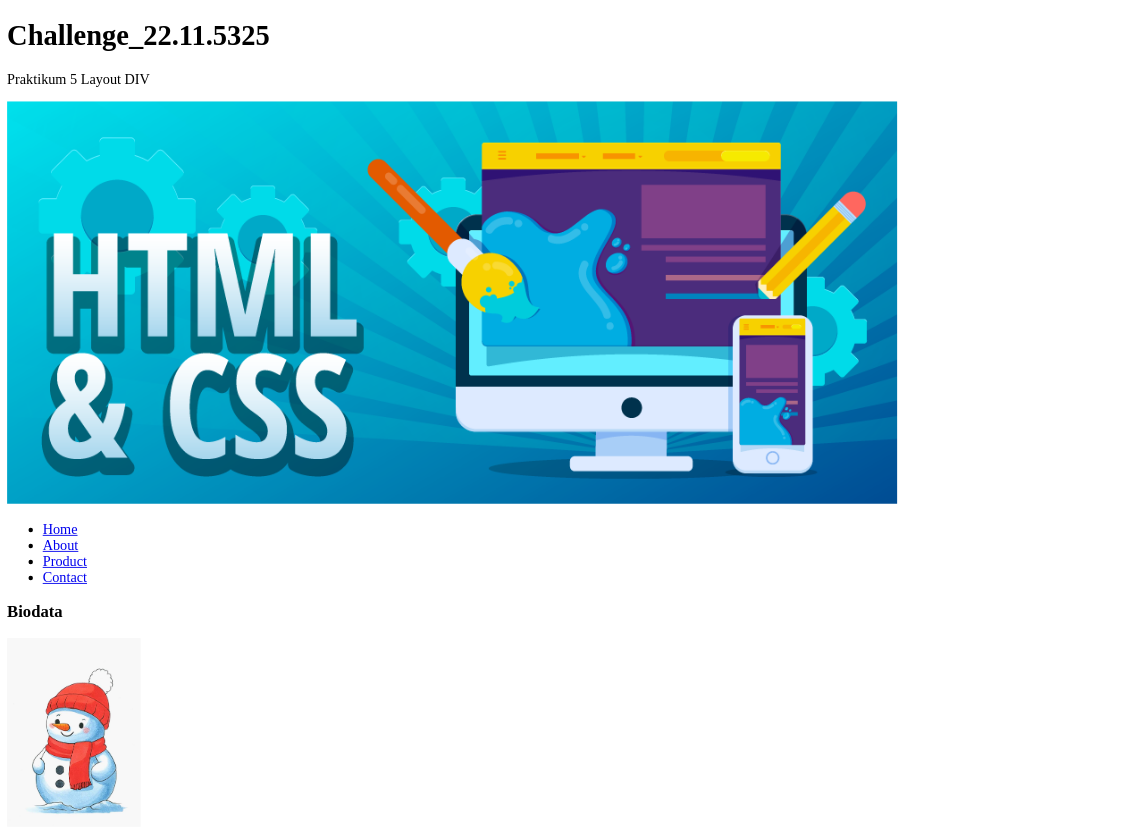
Repository: Jambrong-noob/challenge_22.11.5325_p5
Page: Challenge_22115325.html
These files come from the project's save history. The page is drawn as it stood at one moment and after the next save; the edit follows.
The browser window is 1280 px wide. The pictures show the whole page, at 89% of full size.

Above is the page before, as saved 2026-04-27 11:51:55.

After the next save:
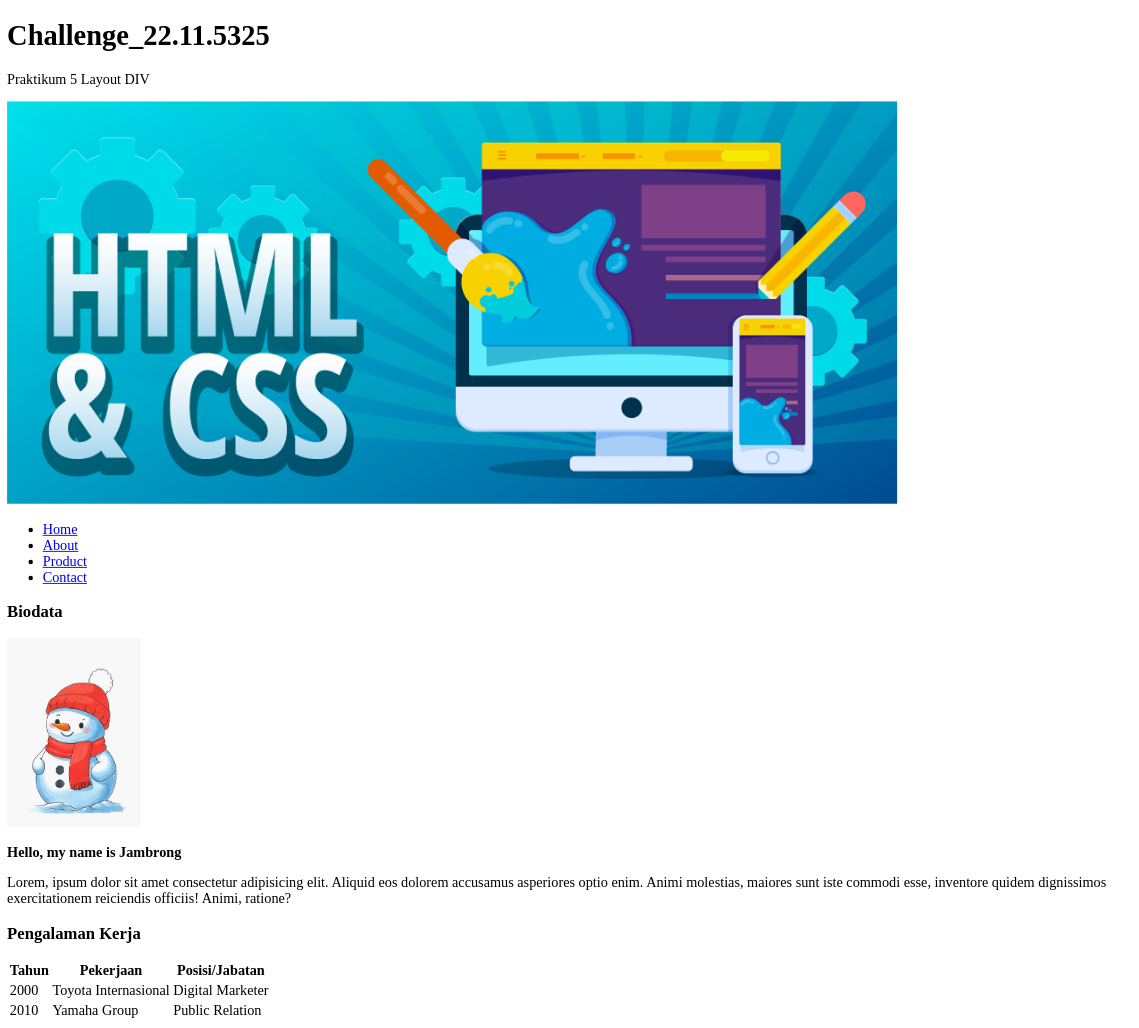
Saved 9 min 12 s later.
--- a/Challenge_22115325.html
+++ b/Challenge_22115325.html
@@ -33,6 +33,36 @@
                     Biodata
                 </h3>
                 <img src="pict1.jpg" alt="pict1.jpg" width="150px">
+                <p>
+                    <b>
+                        Hello, my name is Jambrong
+                    </b>
+                </p>
+                <p>
+                    Lorem, ipsum dolor sit amet consectetur adipisicing elit. Aliquid eos dolorem accusamus asperiores optio enim. Animi molestias, maiores sunt iste commodi esse, inventore quidem dignissimos exercitationem reiciendis officiis! Animi, ratione?
+                </p>
+                <div class="pengalaman">
+                    <h3>
+                        Pengalaman Kerja
+                    </h3>
+                    <table>
+                        <tr>
+                            <th>Tahun</th>
+                            <th>Pekerjaan</th>
+                            <th>Posisi/Jabatan</th>
+                        </tr>
+                        <tr>
+                            <td>2000</td>
+                            <td>Toyota Internasional</td>
+                            <td>Digital Marketer</td>
+                        </tr>
+                        <tr>
+                            <td>2010</td>
+                            <td>Yamaha Group</td>
+                            <td>Public Relation</td>
+                        </tr>
+                    </table>
+                </div>
             </div>
         </div>
     </section>
